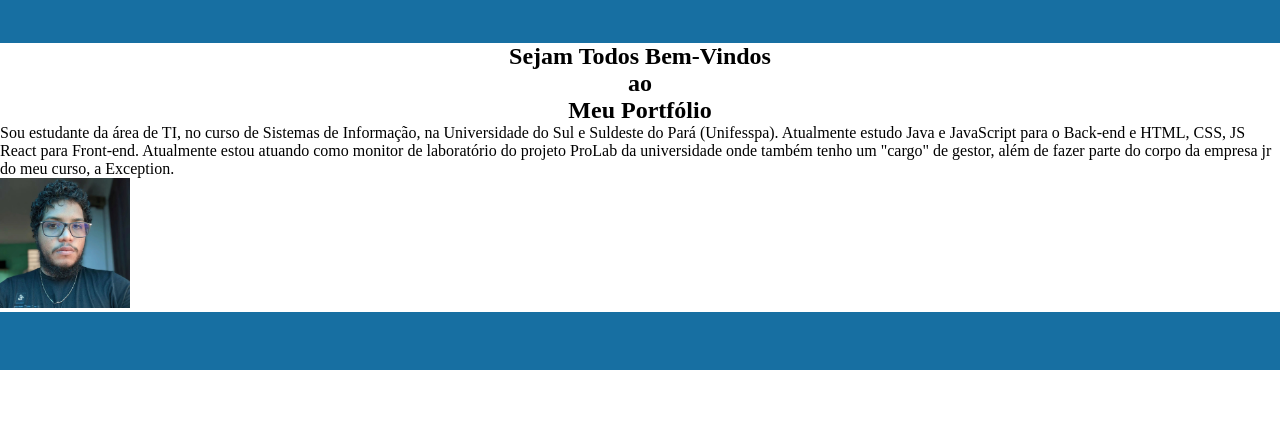
Repository: ramoncbarbosa/Web1_Atividade2
Page: index.html
The author's editor kept a copy of each file at every save. The page is drawn from the files as they stood at one save, then again after a run of saves.
The browser window is 1280 px wide. The pictures show the whole page.

Above is the page before, as saved 2023-06-10 15:18:06.

### index.html
<!DOCTYPE html>
<html lang="pt-br">
<head>
    <meta charset="UTF-8">
    <meta name="viewport" content="width=device-width, initial-scale=1.0">
    <link rel="stylesheet" href="./styles/styles.css">
    <title>Portfólio</title>
</head>
<body>
    <header class="cabecalho">
        <nav>
            <ul>

            </ul>
        </nav>
    </header>
    <section></section>
    <main class="principal">
        <section>
            <h1 class="principal__titulo">Sejam Todos Bem-Vindos<br> ao<br> <strong>Meu Portfólio</strong></h1>
            <p class="principal__texto">
                Sou estudante da área de TI, no curso de Sistemas de Informação, na Universidade do Sul e Suldeste do Pará (Unifesspa). Atualmente estudo Java e JavaScript para o Back-end e HTML, CSS, JS React para Front-end.
                    Atualmente estou atuando como monitor de laboratório do projeto ProLab da universidade onde também tenho um "cargo" de gestor, além de fazer parte do corpo da empresa jr do meu curso, a Exception.
            </p>
        </section>
        <section>
            <img src="./img/perfil.jpg" alt="" width="130" height="130">
        </section>
    </main>
    <footer class="rodape">

    </footer>
</body>
</html>

### styles/styles.css
*{
    padding: 0;
    margin: 0;
    box-sizing: border-box;
}

:root{
    --cor-um: #176FA2;
    --cor-dois: #EEEEEE;
    --cor-tres: #000000;
}

.cabecalho{
    width: 100%;
    height: 6vh;
    display: flex;
    background-color: var(--cor-um);
}

.principal{
    justify-content: center;
}

.principal__titulo{
    text-align: center;
    justify-content: center;
}

.princiapl__texto{
    text-align: center;
    flex-wrap: wrap;
    justify-content: space-around;
}

.imagem{

}

.rodape{
    width: 100%;
    height: 8vh;
    display: flex;
    background-color: var(--cor-um);
}

After the next 3 saves:
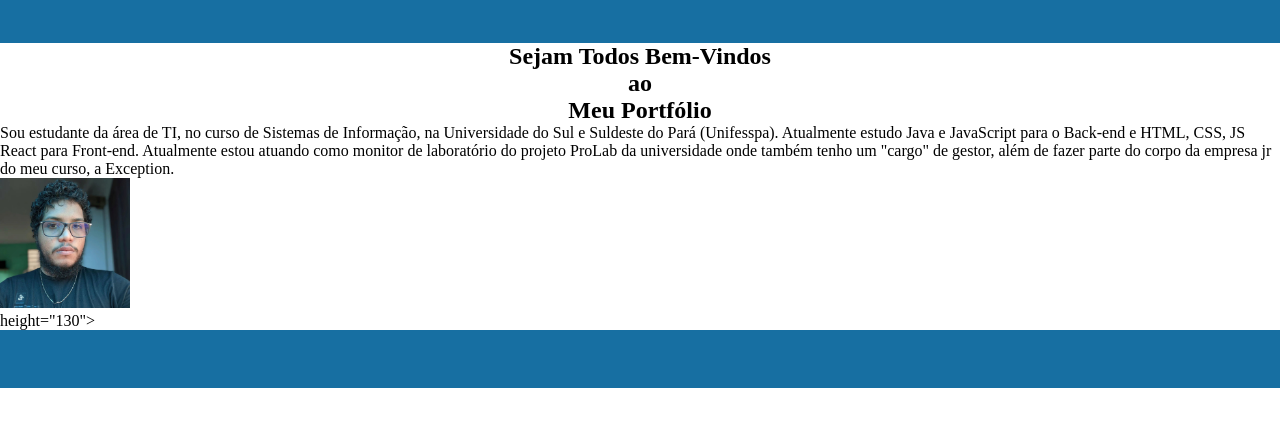
The 3 saves are shown as one change because they came seconds apart.
The last was saved 34 s later.
--- a/index.html
+++ b/index.html
@@ -22,9 +22,10 @@
                 Sou estudante da área de TI, no curso de Sistemas de Informação, na Universidade do Sul e Suldeste do Pará (Unifesspa). Atualmente estudo Java e JavaScript para o Back-end e HTML, CSS, JS React para Front-end.
                     Atualmente estou atuando como monitor de laboratório do projeto ProLab da universidade onde também tenho um "cargo" de gestor, além de fazer parte do corpo da empresa jr do meu curso, a Exception.
             </p>
+            <img src="./img/perfil.jpg" alt="" width="130" >
         </section>
         <section>
-            <img src="./img/perfil.jpg" alt="" width="130" height="130">
+           height="130">
         </section>
     </main>
     <footer class="rodape">

After the 3 saves that followed:
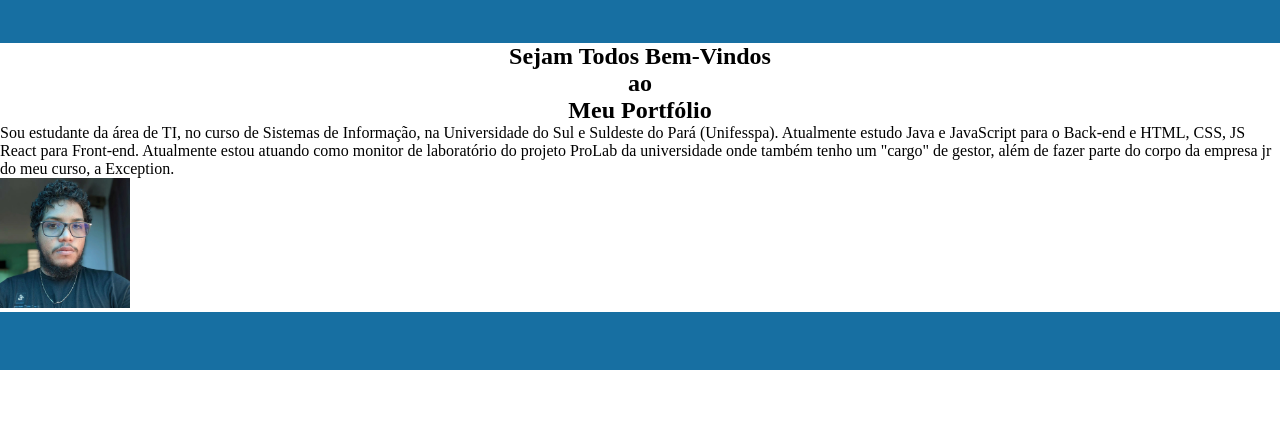
The 3 saves are shown as one change because they came seconds apart.
The last was saved 11 s later.
--- a/index.html
+++ b/index.html
@@ -22,10 +22,10 @@
                 Sou estudante da área de TI, no curso de Sistemas de Informação, na Universidade do Sul e Suldeste do Pará (Unifesspa). Atualmente estudo Java e JavaScript para o Back-end e HTML, CSS, JS React para Front-end.
                     Atualmente estou atuando como monitor de laboratório do projeto ProLab da universidade onde também tenho um "cargo" de gestor, além de fazer parte do corpo da empresa jr do meu curso, a Exception.
             </p>
-            <img src="./img/perfil.jpg" alt="" width="130" >
+            <img src="./img/perfil.jpg" alt="" width="130" height="130">
         </section>
         <section>
-           height="130">
+
         </section>
     </main>
     <footer class="rodape">
